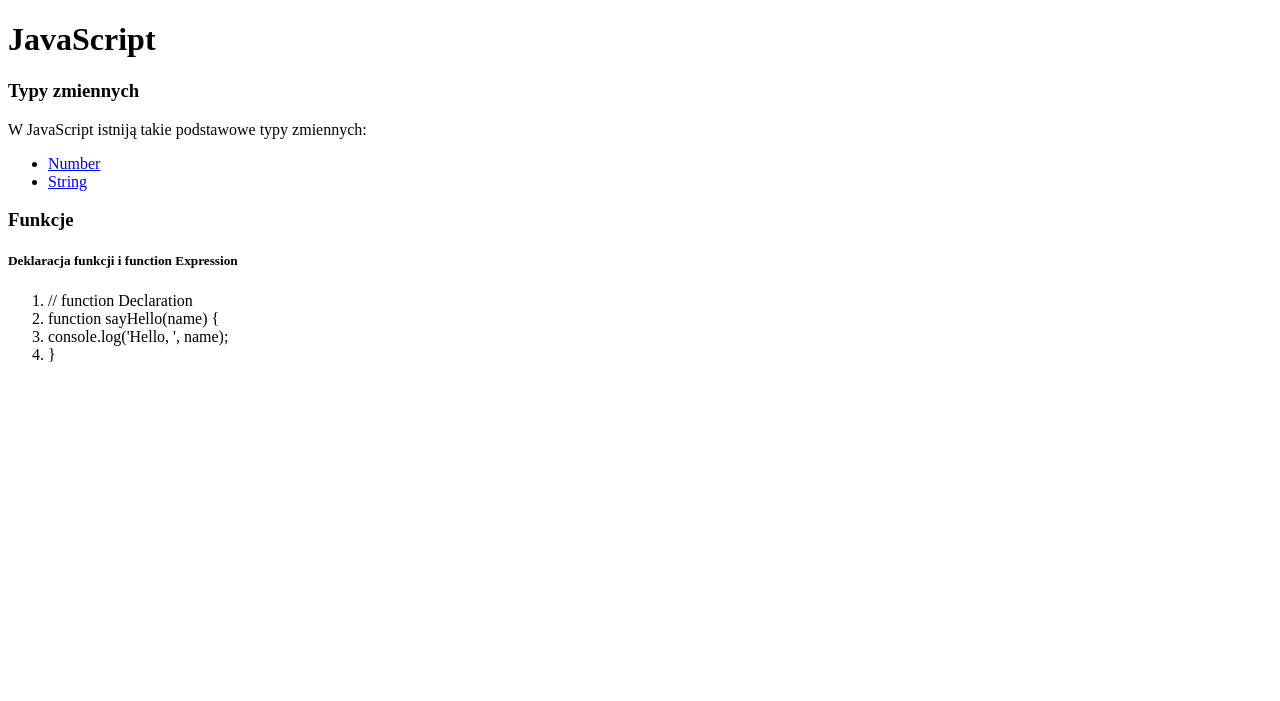
Repository: romanstetsiuk1/JS_learn
Page: noteJavaScript.html
The author's editor kept a copy of each file at every save. The page is drawn from the files as they stood at one save, then again after the next save.
The browser window is 1280 px wide. The pictures show the whole page.

Above is the page before, as saved 2020-08-18 18:00:47.

### noteJavaScript.html
<!DOCTYPE html>
<html lang="en, pl">
<head>
  <meta charset="UTF-8">
  <title>Java Script</title>
</head>
<body>

  <main>
    <h1>JavaScript</h1>

    <article>
      <h3>Typy zmiennych</h3>
      <p>W JavaScript istniją takie podstawowe typy zmiennych:</p>
      <ul>
        <li><a href="number.html">Number</a></li>
        <li><a href="stringType.html">String</a></li>
      </ul>
    </article>

    <article>
      <h3>Funkcje</h3>
      <h5>Deklaracja funkcji i function Expression</h5>
        <div class="vsCode">
          <ol>
            <li>// function Declaration</li>
            <li>function sayHello(name) {</li>
            <li>  console.log('Hello, ', name);</li>
            <li>}</li>
          </ol>
        </div>


    </article>

  </main>


  <script src="functionExample.js"></script>
</body>
</html>

### functionExample.js
// function Declaration
function sayHello(name) {
  console.log('Hello, ', name);
}

// function Expression
const sayHi = function sayHello2(name) {
  console.log(`Hi ${name}, how are You?`);
}

sayHello('Mark');
sayHi('Michal');

After the next save:
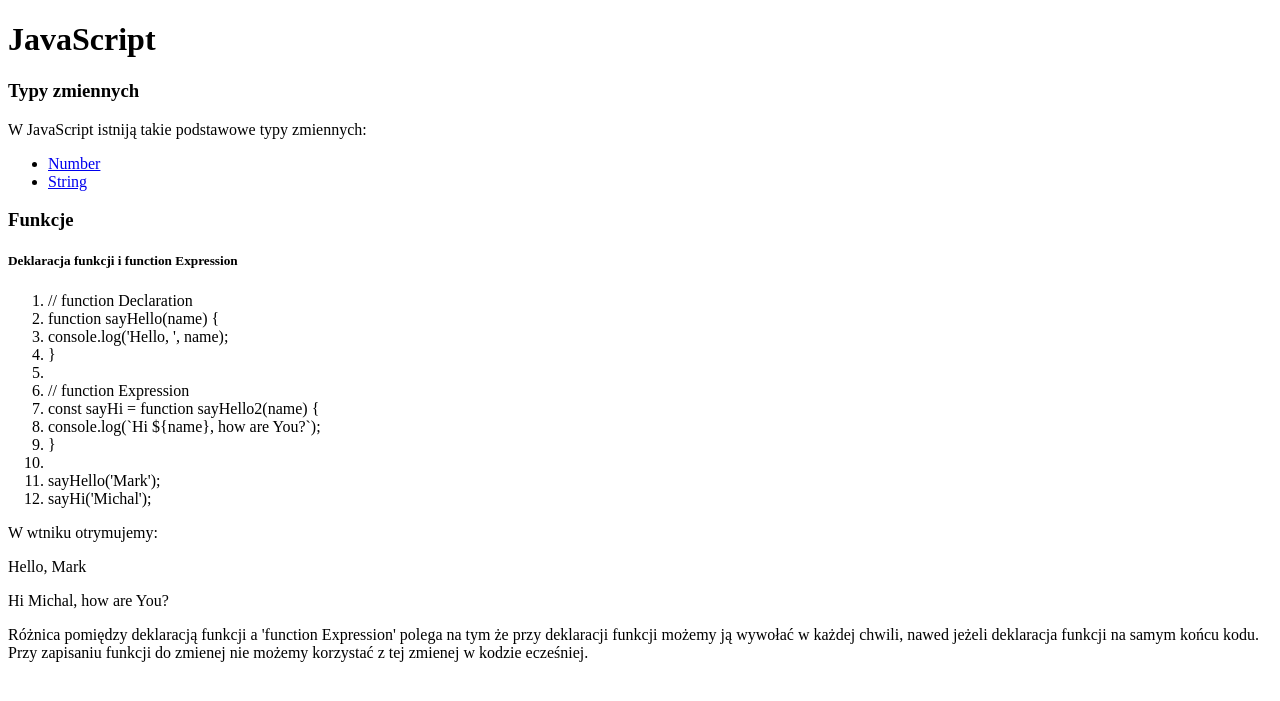
Saved 26 min 38 s later.
--- a/noteJavaScript.html
+++ b/noteJavaScript.html
@@ -27,8 +27,27 @@
             <li>function sayHello(name) {</li>
             <li>  console.log('Hello, ', name);</li>
             <li>}</li>
+            <li></li>
+            <li>// function Expression</li>
+            <li>const sayHi = function sayHello2(name) {</li>
+            <li>console.log(`Hi ${name}, how are You?`);</li>
+            <li>}</li>
+            <li></li>
+            <li>sayHello('Mark');</li>
+            <li>sayHi('Michal');</li>
           </ol>
         </div>
+        <p>W wtniku otrymujemy:</p>
+        <div class="resultInConsole">
+          <p>Hello,  Mark</p>
+          <p>Hi Michal, how are You?</p>
+        </div>
+        <p>Różnica pomiędzy deklaracją funkcji a 'function Expression'
+          polega na tym że przy deklaracji funkcji możemy ją wywołać w
+          każdej chwili, nawed jeżeli deklaracja funkcji na samym końcu
+          kodu. Przy zapisaniu funkcji do zmienej nie możemy korzystać
+          z tej zmienej w kodzie ecześniej.
+        </p>
 
 
     </article>
